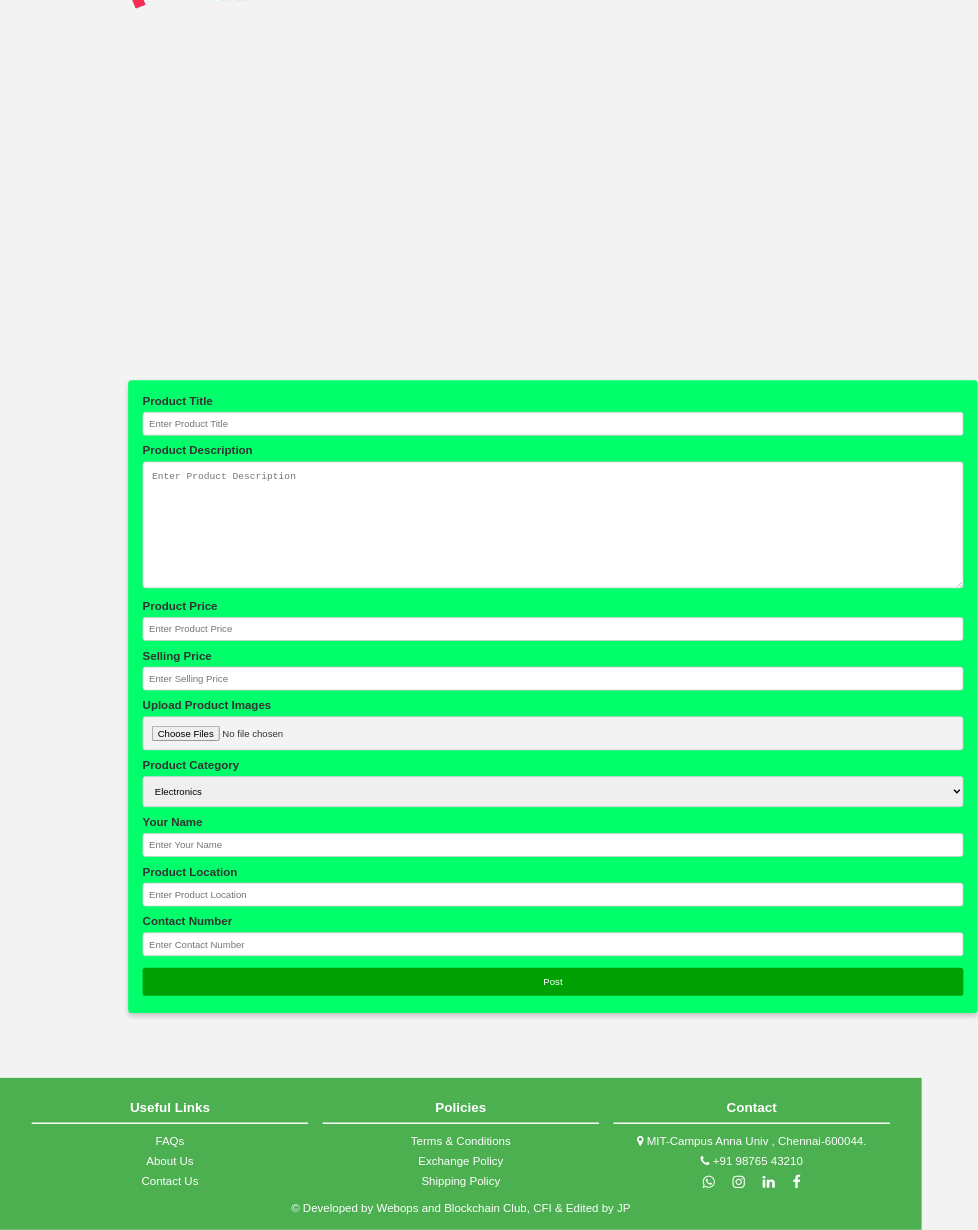
Repository: John-Prabu-A/web-dev-summer-school
Page: Session_1_Assignment/sell.html
An editor plug-in stored every save of this project. The page is shown before and after the next save, followed by the edit.
The browser window is 1280 px wide. The page is 1358 px wide, then 1280 px, so the pictures cover 1358 px, including what lies to the right of the window. The pictures show the whole page, at 72% of full size.

Above is the page before, as saved 2024-06-20 15:38:35.

After the next save:
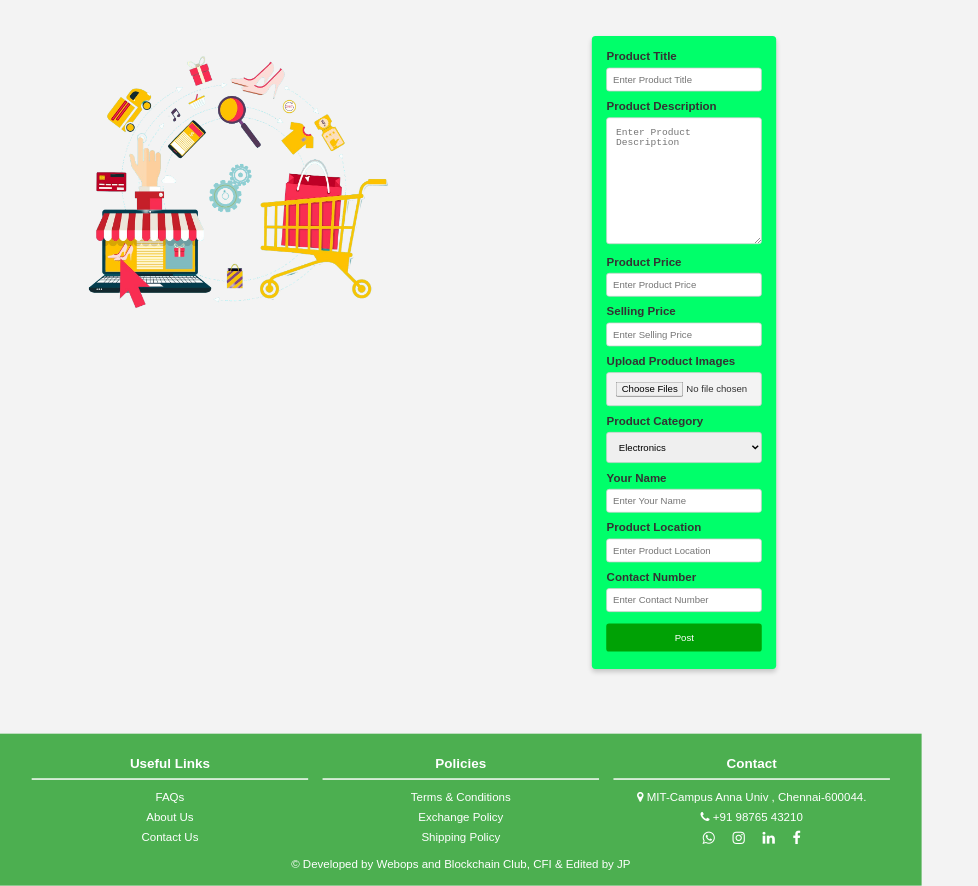
Saved 20 s later.
--- a/Session_1_Assignment/sell.html
+++ b/Session_1_Assignment/sell.html
@@ -31,7 +31,7 @@
             background-color: white;
             left: 10dvw;
             margin: 50px;
-            width: auto;
+            width: 20%;
             border-radius: 10px;
             box-shadow: 0 4px 8px 0 rgba(0, 0, 0, 0.2);
         }
